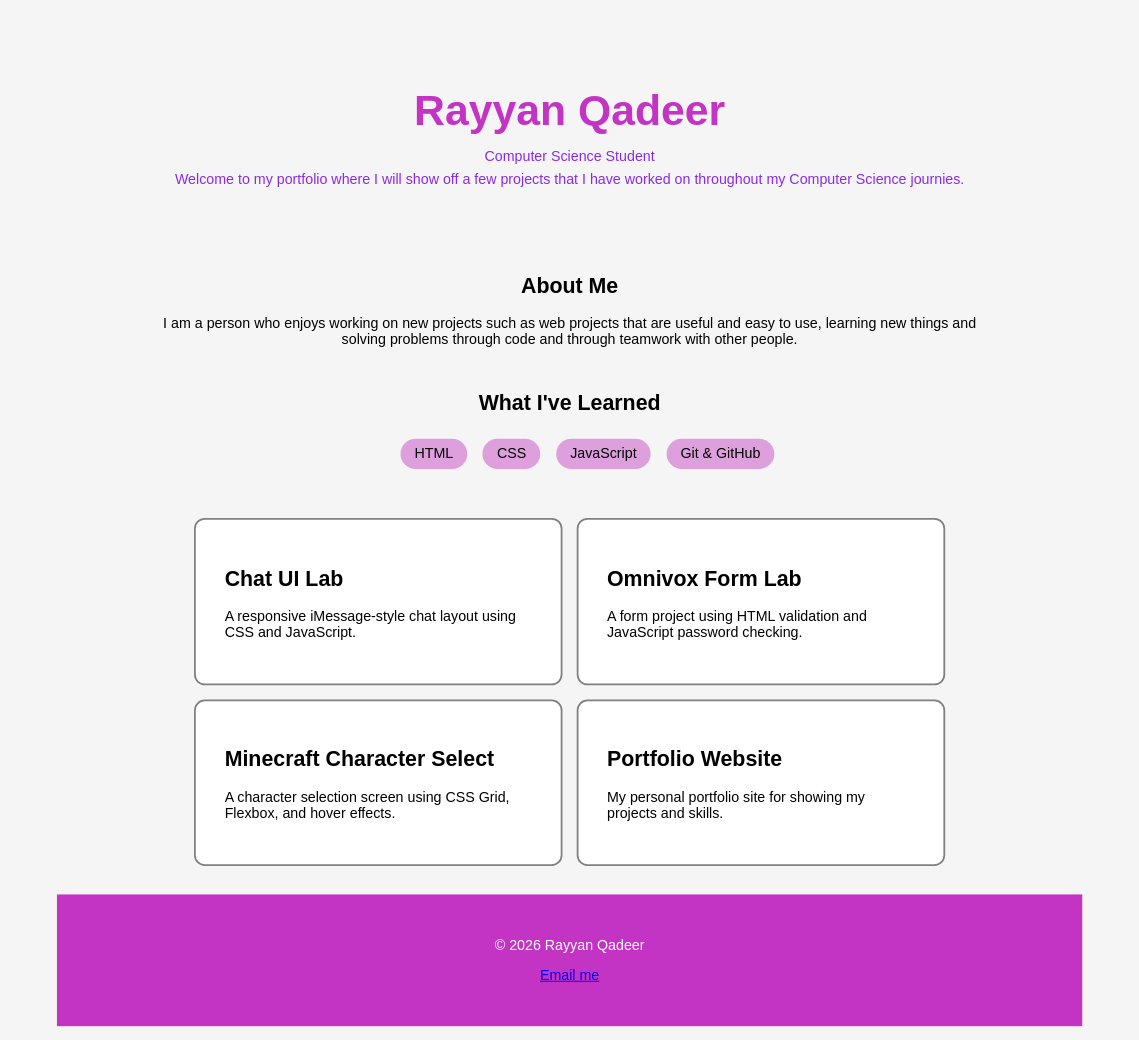
Repository: rayyan-qadeer/rayyan-qadeer
Page: index.html
The author's editor kept a copy of each file at every save. The page is drawn from the files as they stood at one save, then again after the next save.
The browser window is 1280 px wide. The pictures show the whole page, at 89% of full size.

Above is the page before, as saved 2026-05-20 18:02:45.

### index.html
<!doctype html>
<html lang="en">
  <head>
    <meta charset="UTF-8" />
    <meta name="viewport" content="width=device-width, initial-scale=1.0" />
    <title>Rayyan Qadeer Portfolio</title>
    <link rel="stylesheet" href="./styles/globals.css" />
    <link rel="stylesheet" href="./styles/index.css" />
  </head>
  <body>
    <main>
      <header>
        <h1>Rayyan Qadeer</h1>
        <p class="subtitle">Computer Science Student</p>
        <p class="description">
          Welcome to my portfolio where I will show off a few projects that I
          have worked on throughout my Computer Science journies.
        </p>
      </header>

      <section class="about">
        <h2>About Me</h2>
        <p>
          I am a person who enjoys working on new projects such as web projects
          that are useful and easy to use, learning new things and solving
          problems through code and through teamwork with other people.
        </p>
      </section>

      <section class="skills">
        <h2>What I've Learned</h2>
        <ul>
          <li>HTML</li>
          <li>CSS</li>
          <li>JavaScript</li>
          <li>Git & GitHub</li>
        </ul>
      </section>

      <section class="projects">
        <a class="card" href="./pages/chat-ui.html">
          <h2>Chat UI Lab</h2>
          <p>
            A responsive iMessage-style chat layout using CSS and JavaScript.
          </p>
        </a>

        <a class="card" href="./pages/omnivox-form.html">
          <h2>Omnivox Form Lab</h2>
          <p>
            A form project using HTML validation and JavaScript password
            checking.
          </p>
        </a>

        <a class="card" href="./pages/minecraft-character-select.html">
          <h2>Minecraft Character Select</h2>
          <p>
            A character selection screen using CSS Grid, Flexbox, and hover
            effects.
          </p>
        </a>

        <a class="card">
          <h2>Portfolio Website</h2>
          <p>My personal portfolio site for showing my projects and skills.</p>
        </a>
      </section>

      <footer>
        <p>© 2026 Rayyan Qadeer</p>
        <p>
          <a href="mailto:rayyanqadeer@outlook.com">Email me</a>
        </p>
      </footer>
    </main>
  </body>
</html>

### styles/globals.css
body {
    margin: 0rem;
    font-family: Arial, Helvetica, sans-serif;
    background-color: whitesmoke;
    color: black;
}

### styles/index.css
main {
  padding: 1rem;
  max-width: 90%;
  margin: 0 auto;
}

header {
  text-align: center;
  margin-bottom: 3rem;
  padding: 3rem 1rem;
}

header h1 {
  font-size: 3rem;
  margin-bottom: 0.5rem;
  color: rgb(196, 52, 196);
}

.subtitle {
  color: blueviolet;
  margin-bottom: 0.5rem;
}

.description {
  max-width: 80%;
  margin: 0 auto;
  color: blueviolet;
}

.about,
.skills {
  text-align: center;
  max-width: 80%;
  margin: 3rem auto;
}

.skills li {
  display: inline-block;
  margin: 0.4rem;
  padding: 0.5rem 1rem;
  background-color: plum;
  border-radius: 20px;
}

.projects {
  display: flex;
  flex-direction: column;
  gap: 1rem;
  margin: 2rem auto;
}

.card {
  background-color: white;
  padding: 2rem;
  border-radius: 0.75rem;
  border: 2px solid gray;
  text-decoration: none;
  color: black;
}

.card:hover {
  transform: translateY(-4px);
  background-color: plum;
}

footer {
  text-align: center;
  margin-top: 2rem;
  padding: 2rem;
  background-color: rgb(196, 52, 196);
  color: white;
}

@media (min-width: 768px) {
  .projects {
    flex-direction: row;
    flex-wrap: wrap;
    justify-content: center;
  }

  .card {
    width: 48%;
  }
}

@media (min-width: 1024px) {
  .card {
    width: 30%;
  }
}

After the next save:
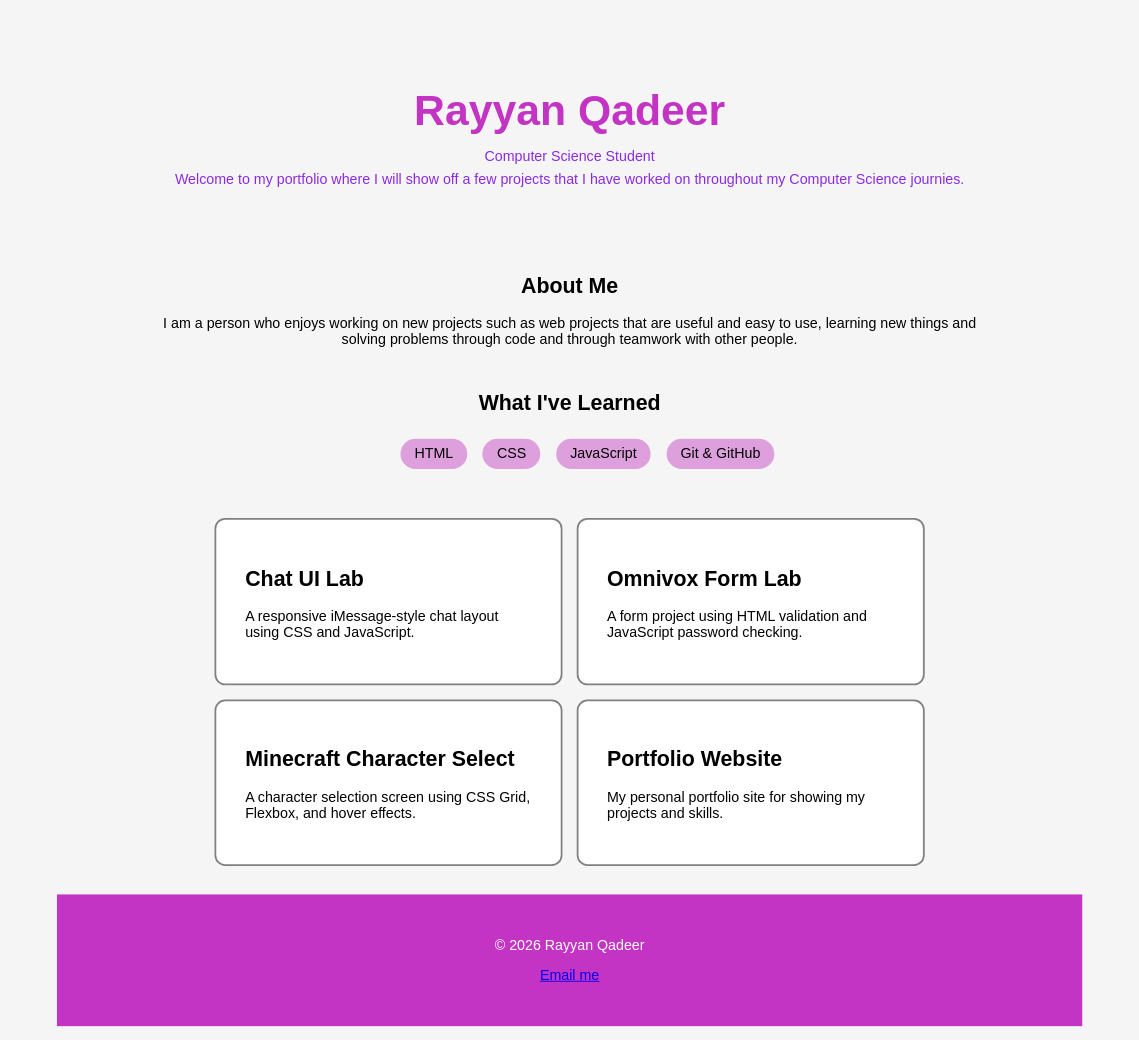
Saved 41 s later.
--- a/styles/index.css
+++ b/styles/index.css
@@ -85,6 +85,6 @@
 
 @media (min-width: 1024px) {
   .card {
-    width: 30%;
+    width: 28%;
   }
 }

After the save that followed:
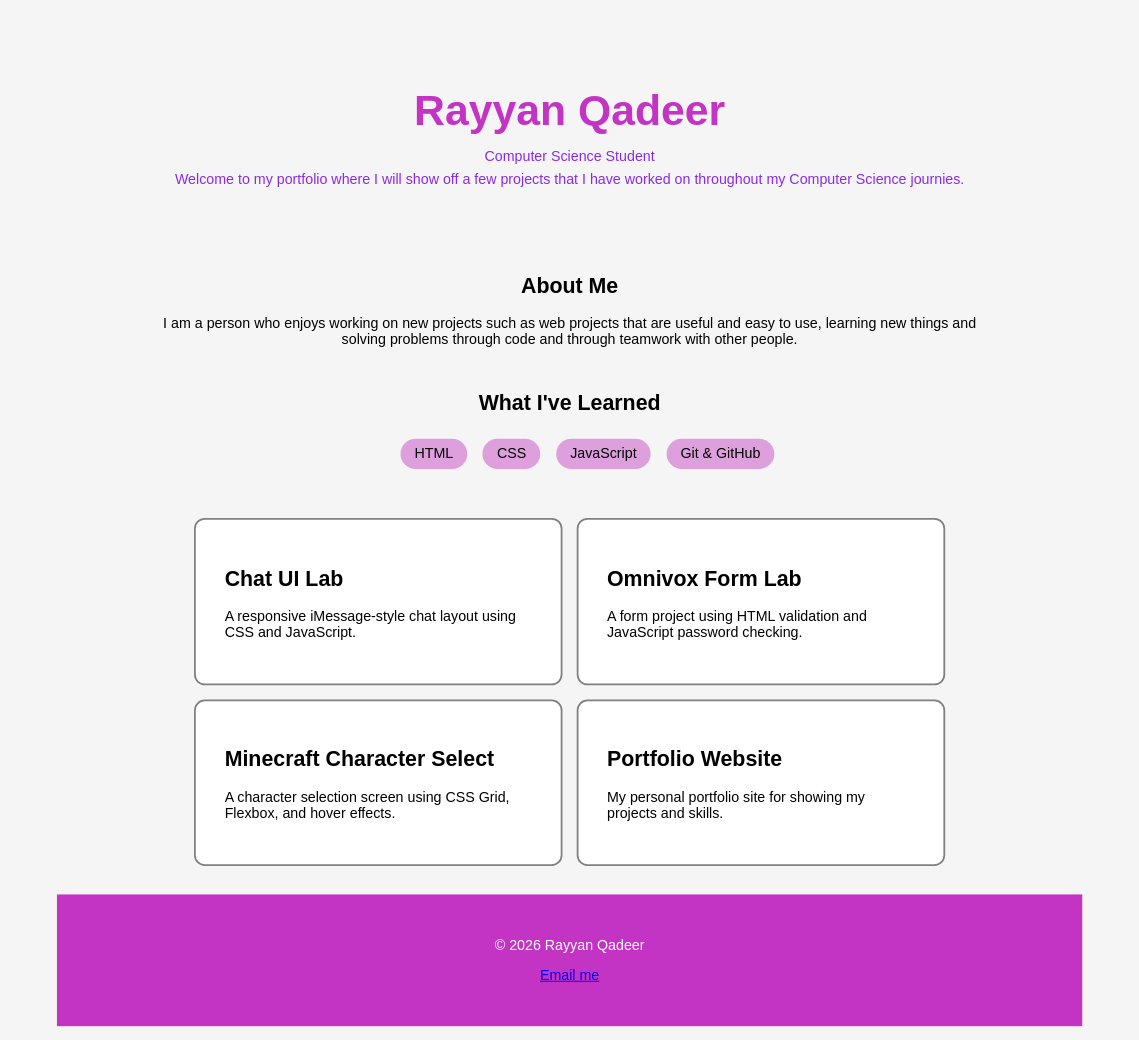
Saved 39 s later.
--- a/styles/index.css
+++ b/styles/index.css
@@ -85,6 +85,6 @@
 
 @media (min-width: 1024px) {
   .card {
-    width: 28%;
+    width: 30%;
   }
 }
